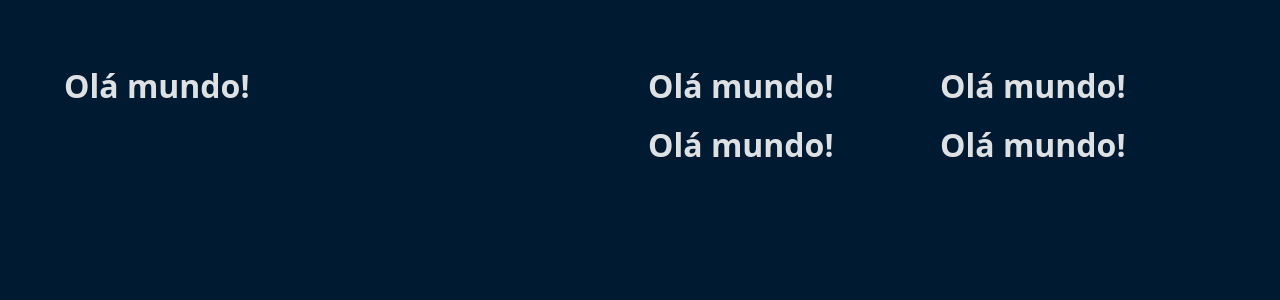
Repository: pedroantoniosi/ngm-esports-site
Page: /
These files come from the project's save history. The page is drawn as it stood at one moment and after a run of saves; the edit follows.
The browser window is 1280 px wide. The pictures show the whole page.
The project was rebuilt for these pictures with package versions that can differ from the ones it lists, and the page was loaded fresh each time. Also part of the build but not shown: vite.config.ts.

Above is the page before, as saved 2025-10-26 00:54:55.

After the next 2 saves:
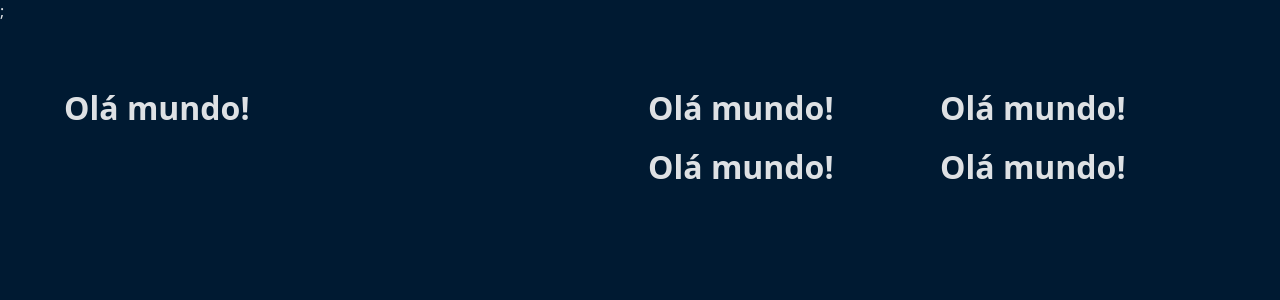
The 2 saves are shown as one change because they came seconds apart.
The last was saved 21 s later.
--- a/src/components/Hero/Index.tsx
+++ b/src/components/Hero/Index.tsx
@@ -9,7 +9,11 @@
 }
 
 const Card = ({ img, title, subtitle, children }: NewsProps) => {
-  return <div className="card" aria-label="Card"></div>;
+  return (
+    <>
+      <div className="card" aria-label="Card"></div>;
+    </>
+  );
 };
 
 export default Card;
